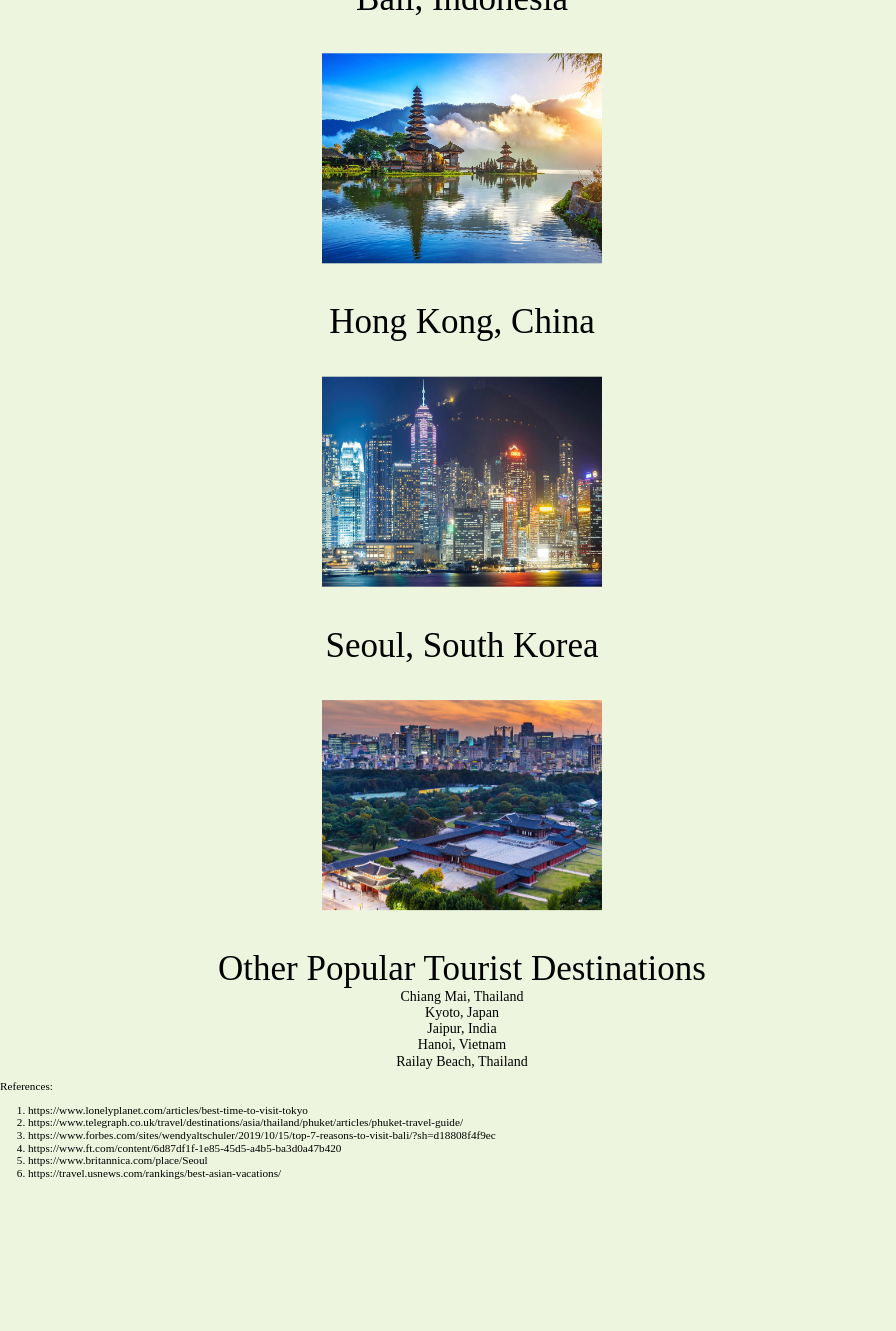
Repository: alharama/StaticWebsite
Page: as_page.html
The author's editor kept a copy of each file at every save. The page is drawn from the files as they stood at one save, then again after the next save.
The browser window is 1280 px wide. The pictures show the part of the page from y = 1673 to 3593 px (the page is 3574 px tall before and 3593 px after), at 70% of full size.

Above is the page before, as saved 2021-09-29 23:00:10.

After the next save:
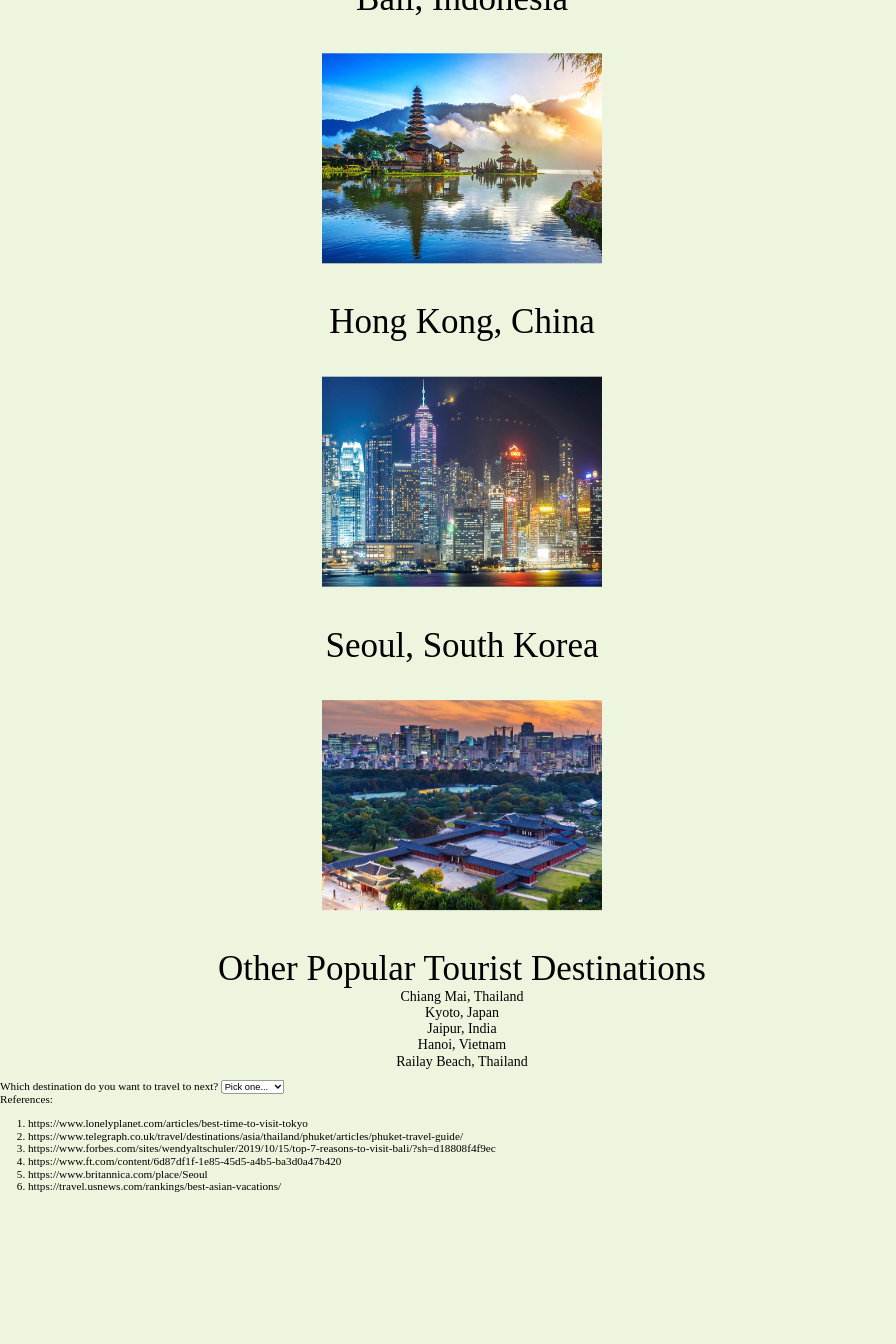
Saved 47 s later.
--- a/as_page.html
+++ b/as_page.html
@@ -87,7 +87,21 @@
 
 
 
+        <div id="survey">
 
+            Which destination do you want to travel to next?
+            <select>
+                <option>Pick one...</option>
+                <option>Tokyo</option>
+                <option>Phuket</option>
+                <option>Bali</option>
+                <option>Hong Kong</option>
+                <option>Seoul</option>
+                <option>Chiang Mai</option>
+                <option>Kyoto</option>
+            </select>
+
+        </div>
 
 
 
